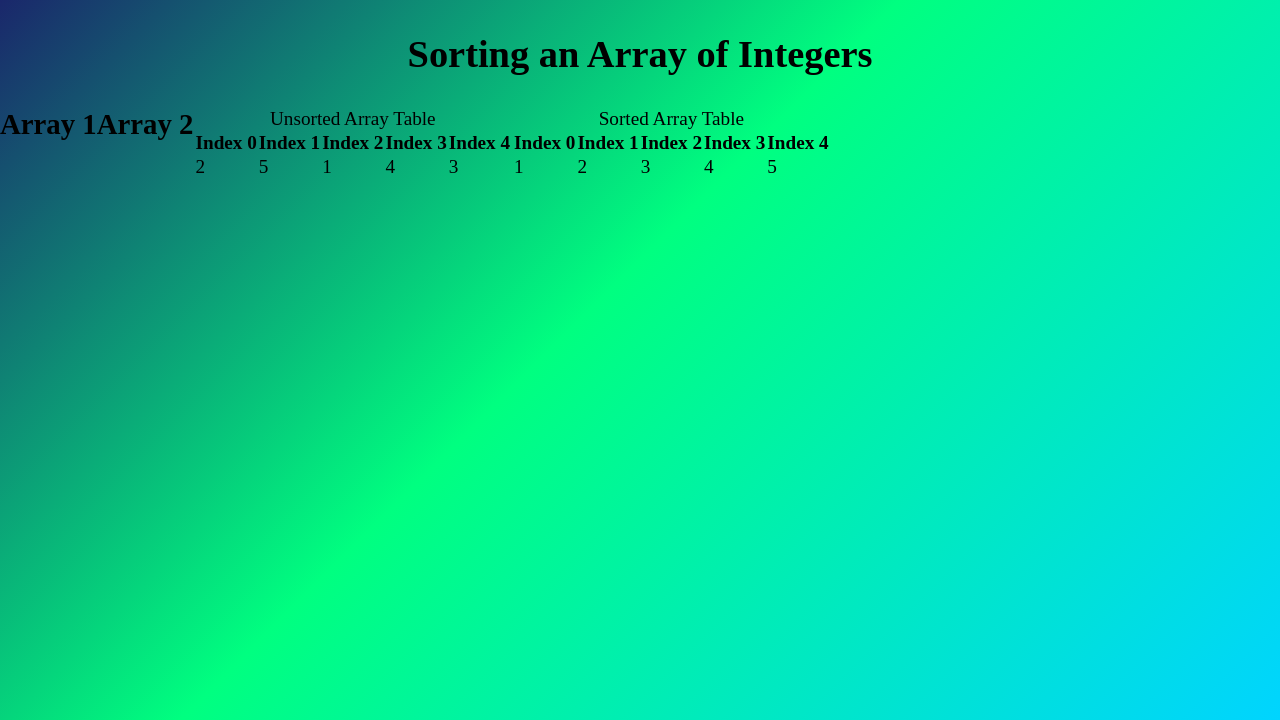
Repository: mlmEFSC21/P16-Sorting-Integers
Page: sort.html
These files come from the project's save history. The page is drawn as it stood at one moment and after the next save; the edit follows.
The browser window is 1280 px wide. The pictures show the whole page.

Above is the page before, as saved 2022-03-24 18:16:23.

### sort.html
<!DOCTYPE html>
<html lang="en">
    <head>
        <meta charset="UTF-8" />
        <meta http-equiv="X-UA-Compatible" content="IE=edge" />
        <meta name="viewport" content="width=device-width, initial-scale=1.0" />
        <link rel="stylesheet" href="sort.css" />
        <!-- <script defer src="sort.js"></script> -->
        <title>Array Sorting</title>
    </head>
    <body>
        <header class="mainHeader">
            <h1>Sorting an Array of Integers</h1>
        </header>
        <section>
            <div class="arrayContainer" id="arrayContainer">
                <h2 class="unsorted" id="unsorted">Array 1</h2>
                <h2 class="sorted" id="sorted">Array 2</h2>
                <table class="unsortedTable" id="unsortedTable">
                    <caption>
                        Unsorted Array Table
                    </caption>
                    <thead>
                        <th>Index 0</th>
                        <th>Index 1</th>
                        <th>Index 2</th>
                        <th>Index 3</th>
                        <th>Index 4</th>
                    </thead>
                    <tbody>
                        <tr>
                            <td>2</td>
                            <td>5</td>
                            <td>1</td>
                            <td>4</td>
                            <td>3</td>
                        </tr>
                    </tbody>
                </table>
                <table class="sortedTable" id="sortedTable">
                    <caption>
                        Sorted Array Table
                    </caption>
                    <thead>
                        <th>Index 0</th>
                        <th>Index 1</th>
                        <th>Index 2</th>
                        <th>Index 3</th>
                        <th>Index 4</th>
                    </thead>
                    <tbody>
                        <tr>
                            <td>1</td>
                            <td>2</td>
                            <td>3</td>
                            <td>4</td>
                            <td>5</td>
                        </tr>
                    </tbody>
                </table>
            </div>
        </section>
    </body>
</html>

### sort.css
:root {
    --clr-background: #00ff8f;
    --clr-primary: #00f0ff;
    --clr-secondary: #00ff0f;
}
*,
*::after,
*::before {
    box-sizing: border-box;
    margin: 0;
    padding: 0;
}
body {
    font-size: larger;
    background-color: var(--clr-background);
    background-repeat: no-repeat;
    background-size: cover;
    background: linear-gradient(
        135deg,
        rgba(26, 39, 107, 1) 0%,
        rgba(0, 255, 128, 1) 45%,
        rgba(0, 212, 255, 1) 100%
    );
    height: 100vh;
}
.mainHeader {
    height: 15vh;
    display: flex;
    align-items: center;
    justify-content: center;
}
.arrayContainer {
    display: flex;
}

After the next save:
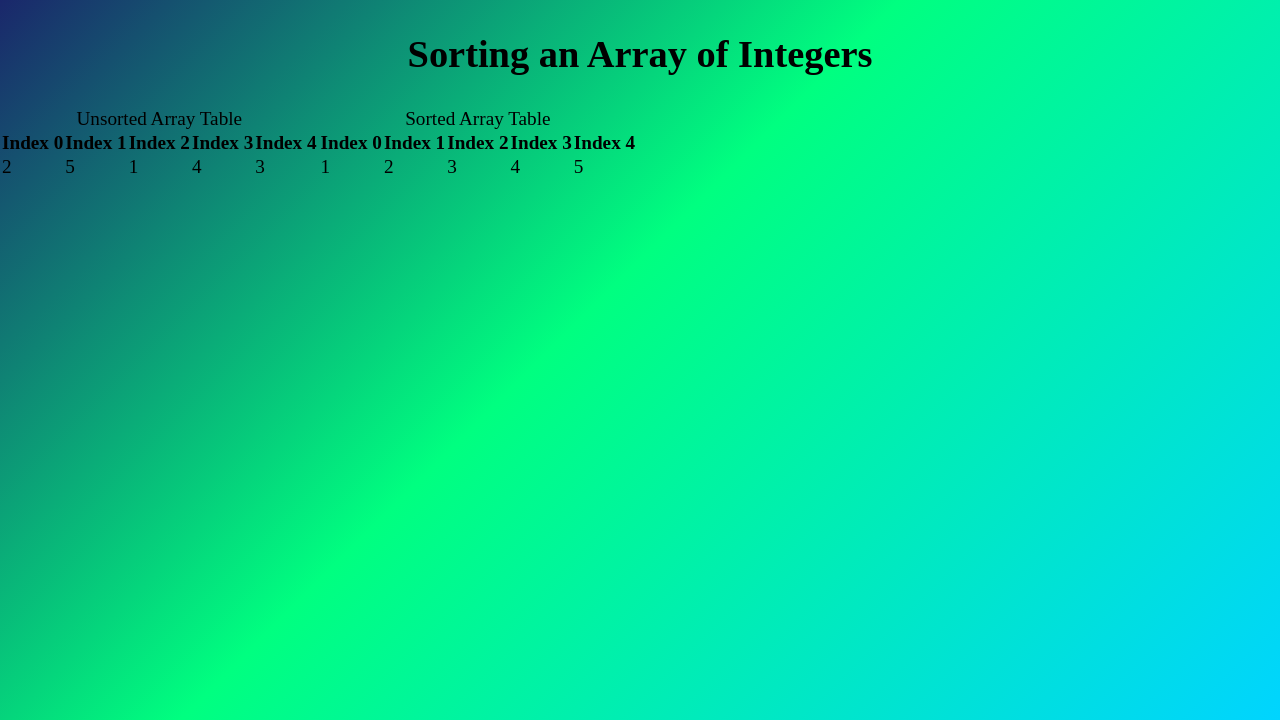
Saved 14 s later.
--- a/sort.html
+++ b/sort.html
@@ -14,8 +14,8 @@
         </header>
         <section>
             <div class="arrayContainer" id="arrayContainer">
-                <h2 class="unsorted" id="unsorted">Array 1</h2>
-                <h2 class="sorted" id="sorted">Array 2</h2>
+                <!-- <h2 class="unsorted" id="unsorted">Array 1</h2>
+                <h2 class="sorted" id="sorted">Array 2</h2> -->
                 <table class="unsortedTable" id="unsortedTable">
                     <caption>
                         Unsorted Array Table
